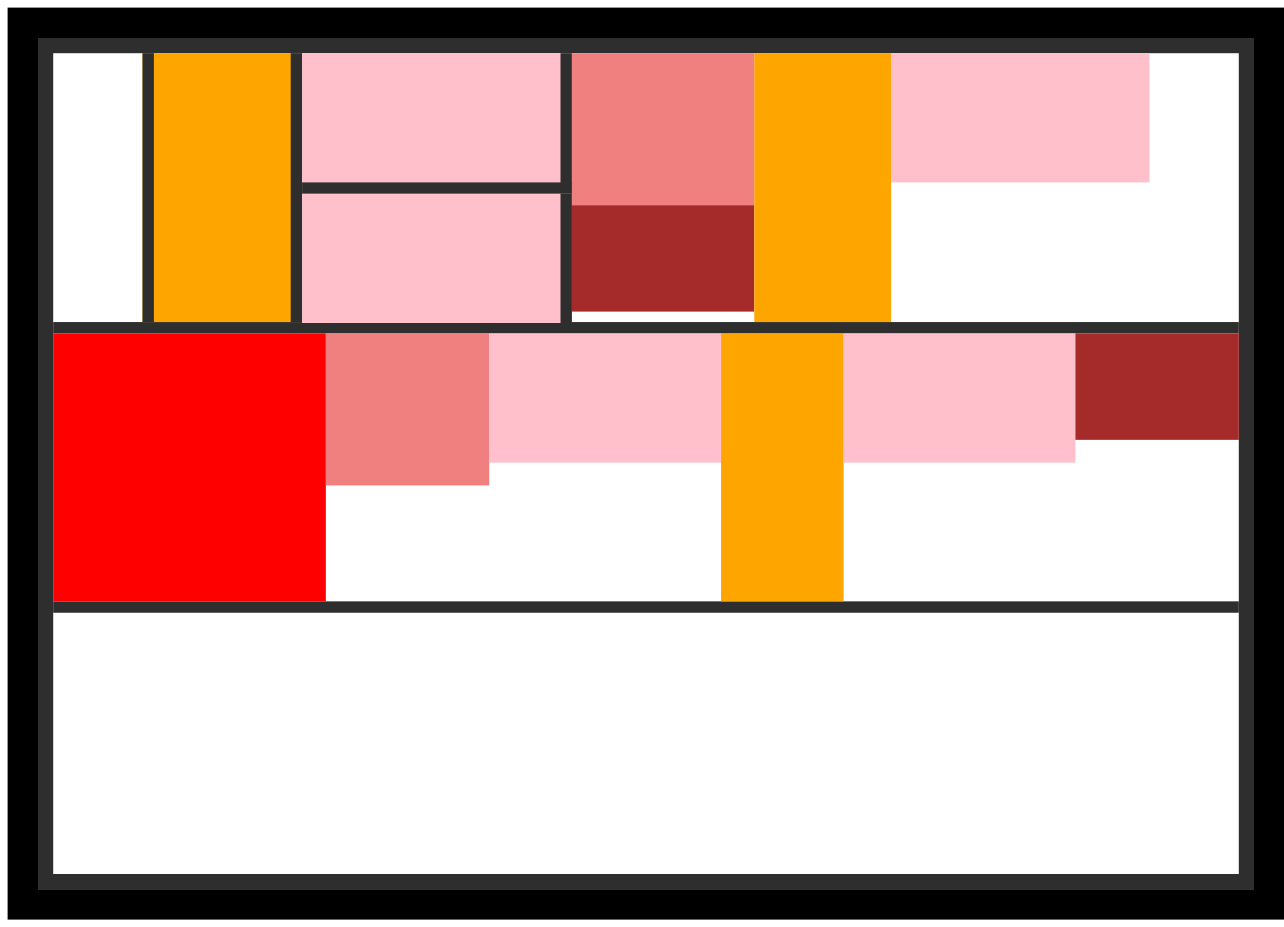
Repository: Tsardines/mondrian
Page: index.html
An editor plug-in stored every save of this project. The page is shown before and after the next save, followed by the edit.
The browser window is 1280 px wide. The page is 1352 px wide, so the pictures cover 1352 px, including what lies to the right of the window. The pictures show the whole page, at 95% of full size.
Some web fonts or font styles are not loaded; a fallback is used.

Above is the page before, as saved 2019-10-20 17:00:44.

After the next save:
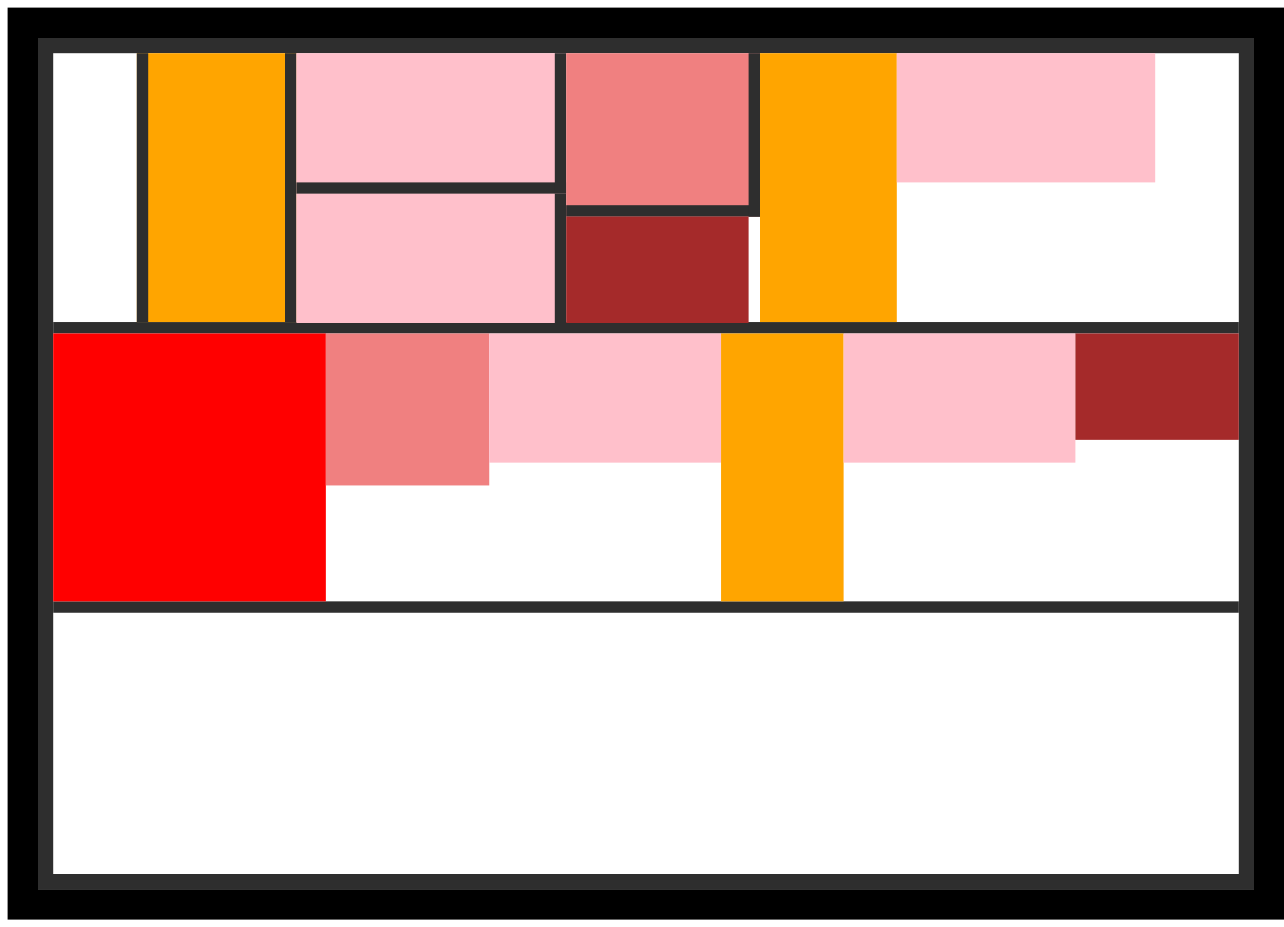
Saved 26 s later.
--- a/index.html
+++ b/index.html
@@ -24,7 +24,7 @@
                 </div>
 
                 <div class="grid__top--cont">
-                    <div class="sq--hori"></div>
+                    <div class="sq--hori" style="border-bottom: 0.75rem solid rgb(46, 46, 46); border-right: 0.75rem solid rgb(46, 46, 46);"></div>
                     <div class="sq--sm"></div>
                 </div>
 
